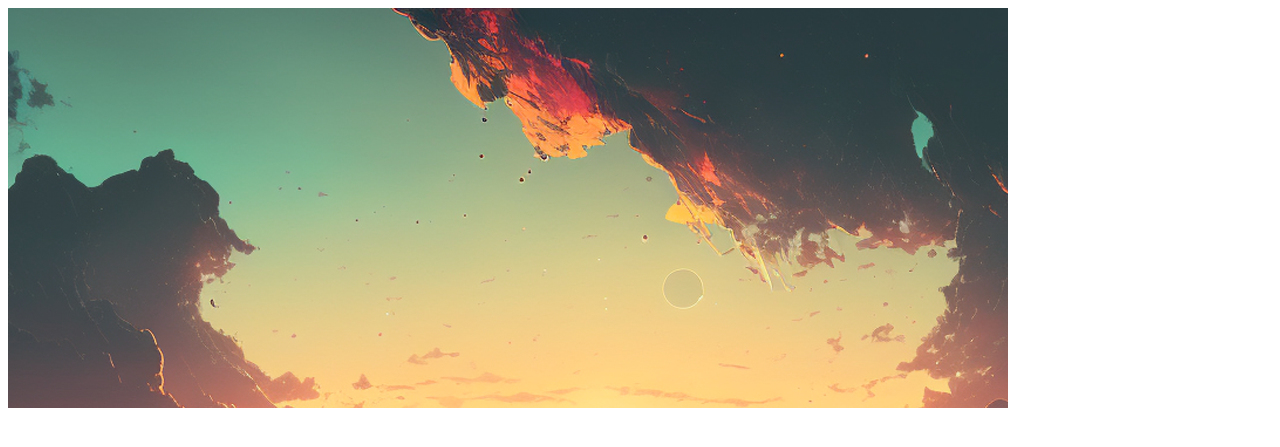
Repository: TheBiggestFatCat/myblog-frontend
Page: /
These files come from the project's save history. The page is drawn as it stood at one moment and after the next save; the edit follows.
The browser window is 1280 px wide. The pictures show the whole page.
The project was rebuilt for these pictures with package versions that can differ from the ones it lists, and the page was loaded fresh each time. Also part of the build but not shown: vite.config.ts.

Above is the page before, as saved 2023-02-26 08:09:55.

### src/App.vue
<script setup lang="ts">
import Home from './components/Home/Home.vue';
</script>

<template>
  <Home/>
</template>

<style scoped>
</style>

### src/components/Home/Home.vue
<template>
  <div class="home">

  </div>
</template>

<script lang='ts' setup>
</script>

<style lang="less" scoped>
.home {
  width: 1000px;
  height: 400px;
  background-image: url(@/assets/pics/home1.jpg);
}
</style>

### src/style.css
/* :root {
  font-family: Inter, system-ui, Avenir, Helvetica, Arial, sans-serif;
  line-height: 1.5;
  font-weight: 400;

  color-scheme: light dark;
  color: rgba(255, 255, 255, 0.87);
  background-color: #242424;

  font-synthesis: none;
  text-rendering: optimizeLegibility;
  -webkit-font-smoothing: antialiased;
  -moz-osx-font-smoothing: grayscale;
  -webkit-text-size-adjust: 100%;
}

a {
  font-weight: 500;
  color: #646cff;
  text-decoration: inherit;
}
a:hover {
  color: #535bf2;
}

body {
  margin: 0;
  display: flex;
  place-items: center;
  min-width: 320px;
  min-height: 100vh;
}

h1 {
  font-size: 3.2em;
  line-height: 1.1;
}

button {
  border-radius: 8px;
  border: 1px solid transparent;
  padding: 0.6em 1.2em;
  font-size: 1em;
  font-weight: 500;
  font-family: inherit;
  background-color: #1a1a1a;
  cursor: pointer;
  transition: border-color 0.25s;
}
button:hover {
  border-color: #646cff;
}
button:focus,
button:focus-visible {
  outline: 4px auto -webkit-focus-ring-color;
}

.card {
  padding: 2em;
}

#app {
  max-width: 1280px;
  margin: 0 auto;
  padding: 2rem;
  text-align: center;
}

@media (prefers-color-scheme: light) {
  :root {
    color: #213547;
    background-color: #ffffff;
  }
  a:hover {
    color: #747bff;
  }
  button {
    background-color: #f9f9f9;
  }
} */

Loaded but not shown: index.html (common file); src/main.ts (common file)

After the next save:
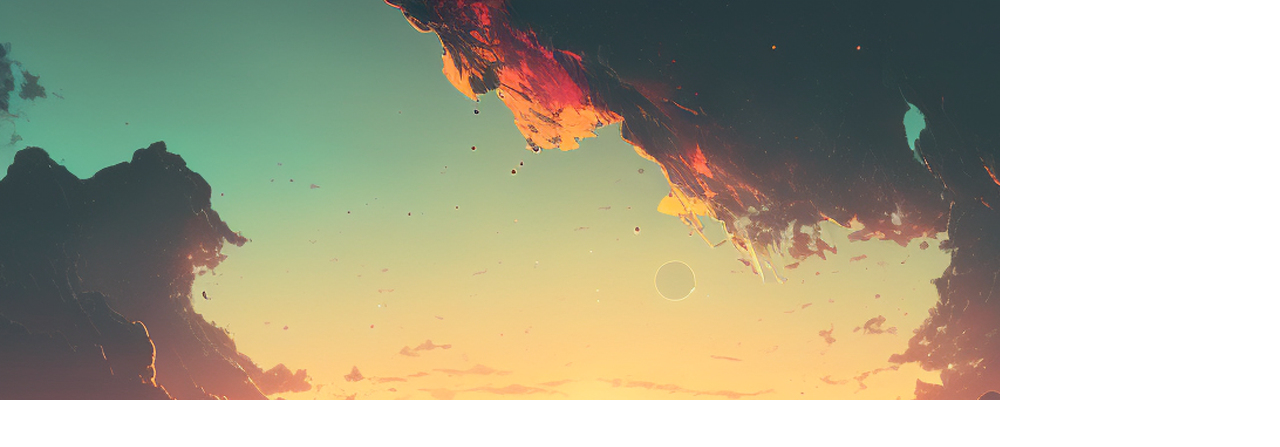
Saved 26 s later.
--- a/src/style.css
+++ b/src/style.css
@@ -1,3 +1,8 @@
+* {
+  margin: 0;
+  padding: 0;
+}
+
 /* :root {
   font-family: Inter, system-ui, Avenir, Helvetica, Arial, sans-serif;
   line-height: 1.5;
